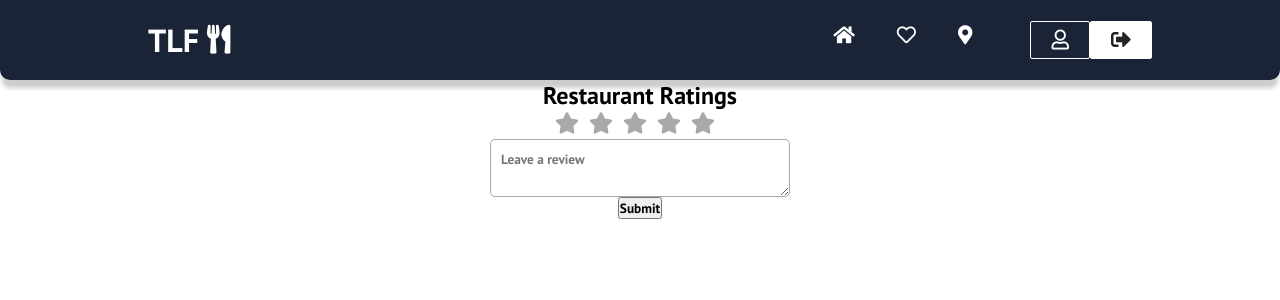
Repository: bethel-school-of-technology/the-local-fork-frontend
Page: /favorites
These files come from the project's save history. The page is drawn as it stood at one moment and after the next save; the edit follows.
The browser window is 1280 px wide. The pictures show the whole page.
The project was rebuilt for these pictures with package versions that can differ from the ones it lists, and the page was loaded fresh each time. Also part of the build but not shown: src/Components/pages/SignUp.js, src/Components/pages/Delete.js, src/Components/pages/PersonPut.js, src/Components/pages/Login.js, src/Components/pages/Home.js, src/Components/pages/ProfilePage.js, src/Components/pages/Newres.js.

Above is the page before, as saved 2021-11-02 19:21:18.

After the next save:
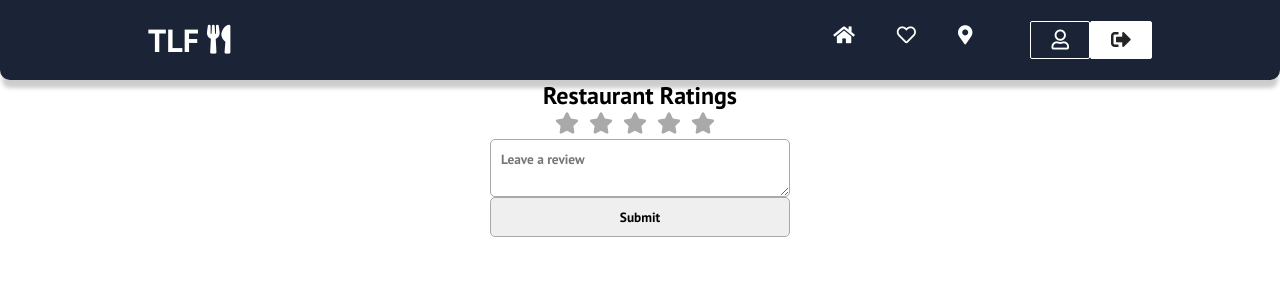
Saved 35 s later.
--- a/src/Components/pages/Favorites.js
+++ b/src/Components/pages/Favorites.js
@@ -68,7 +68,10 @@ const styles = {
     padding: 10
   },
   button: {
-    display: "flex",
+    border: "1px solid #a9a9a9",
+    borderRadius: 5,
+    width: 300,
+    padding: 10
   },
 };
 
